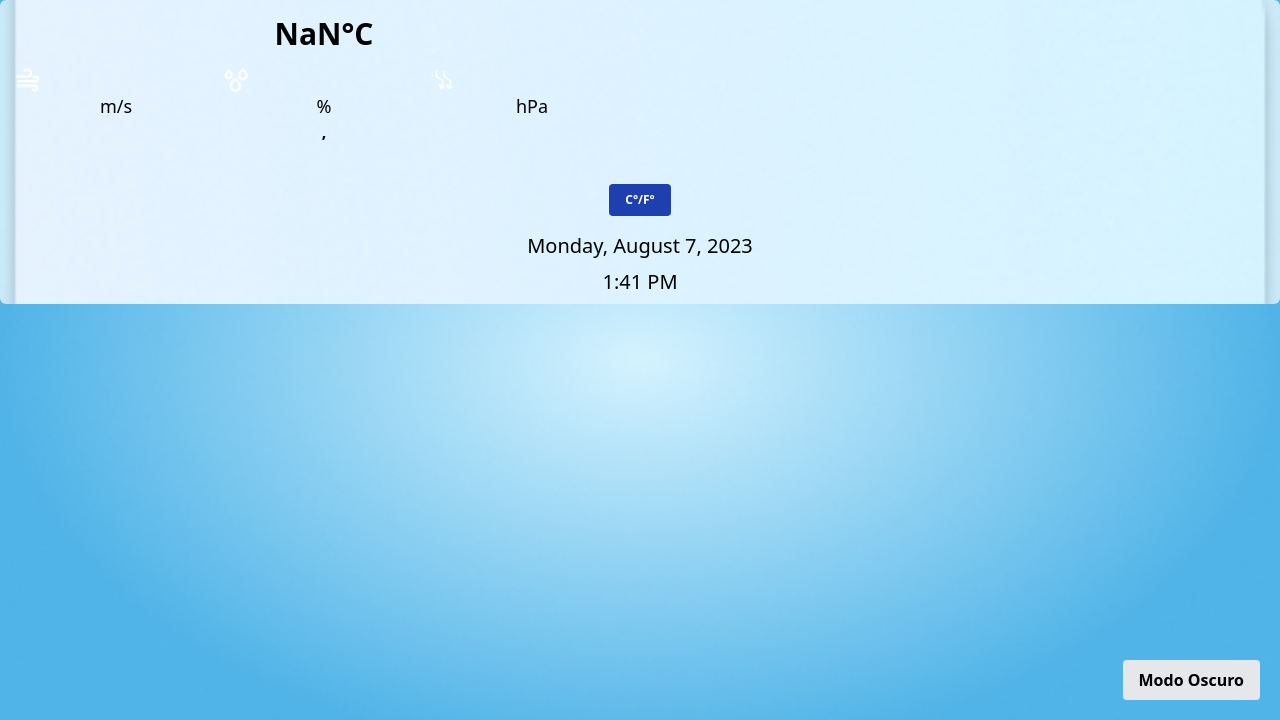
Repository: LukasMoyano/WeatherApp-_-LukasMoyano-_-V-_4.0_6.6.6
Page: /
The author's editor kept a copy of each file at every save. The page is drawn from the files as they stood at one save, then again after the next save.
The browser window is 1280 px wide. The pictures show the whole page.
The page's requests for data from a server got no answer. The project was rebuilt for these pictures with package versions that can differ from the ones it lists, and the page was loaded fresh each time. No one was signed in, and anything a server would have sent is missing. Also part of the build but not shown: vite.config.js.

Above is the page before, as saved 2023-08-07 16:52:26.

After the next save:
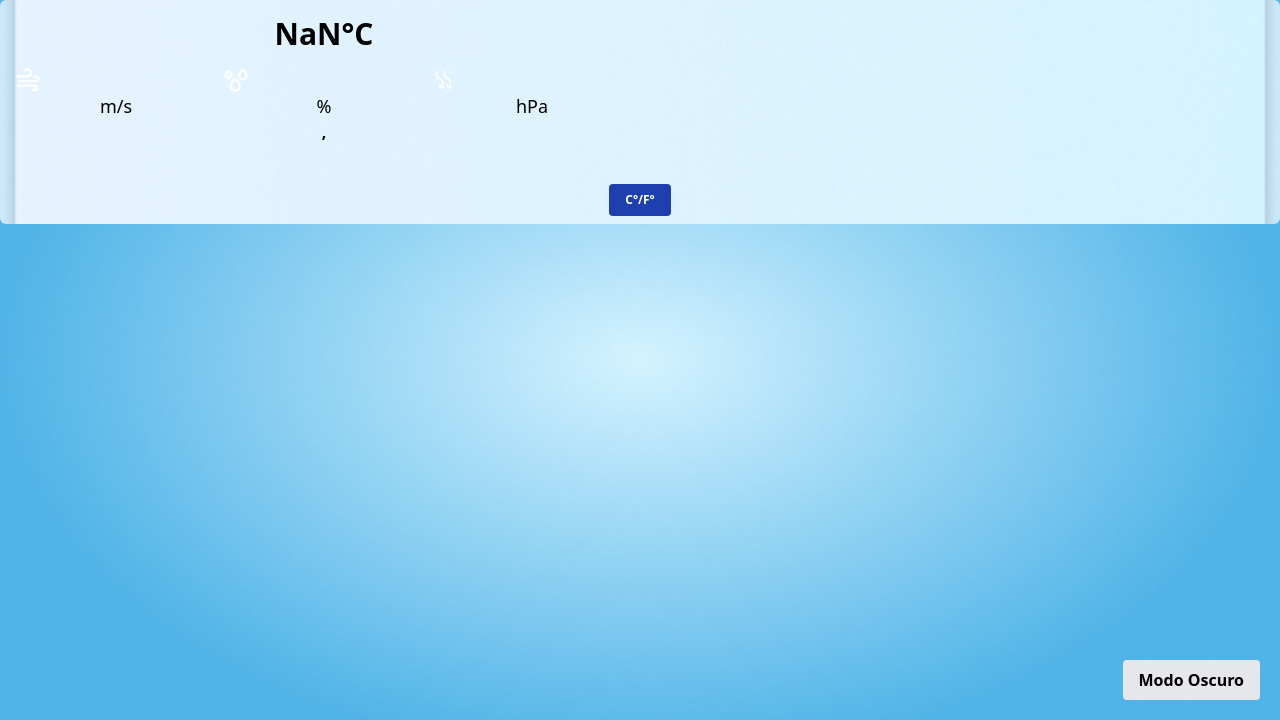
Saved 16 s later.
--- a/src/components/Weather.jsx
+++ b/src/components/Weather.jsx
@@ -100,16 +100,6 @@ const Weather = ({ weatherInfo, isDarkMode }) => {
           C°/F°
         </button>
       </section>
-
-      {/* Mostrar la Fecha y Hora */}
-      <section className="text-center mt-4">
-        <p className={`text-xl mb-2 ${isDarkMode ? "text-white" : "text-black"}`}>
-          {date}
-        </p>
-        <p className={`text-xl ${isDarkMode ? "text-white" : "text-black"}`}>
-          {time}
-        </p>
-      </section>
     </main>
   );
 };
